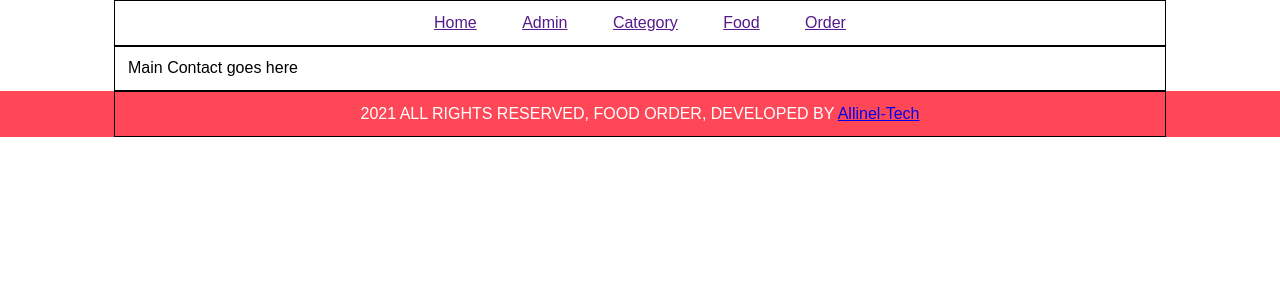
Repository: yazshrilld/food_order
Page: http://localhost/admin/index.php
These files come from the project's save history. The page is drawn as it stood at one moment and after a run of saves; the edit follows.
The browser window is 1280 px wide. The pictures show the whole page.
The page is run by PHP 8.4 with error messages shown; the project is at /var/www/html/.

Above is the page before, as saved 2021-01-24 16:21:21.

### admin/index.php
    <html>
    <head>
        <title>Food Order Website - Home Page</title>
        <link rel="stylesheet" href="../css/admin.css">
    </head>
    <body>
        <!-- Menu Section Starts -->
            <div class="menu text-center">
                <div class="wrapper">
                    <ul>
                        <li><a href="">Home</a></li>
                        <li><a href="">Admin</a></li>
                        <li><a href="">Category</a></li>
                        <li><a href="">Food</a></li>
                        <li><a href="">Order</a></li>
                    </ul>
                </div>
            </div>
        <!-- Menu Section Ends -->

        <!-- Main Content Section Starts -->
            <div class="main-content">
                <div class="wrapper">
                    Main Contact goes here
                </div>
            </div>
        <!-- Main Content Section Ends -->

        <!-- Footer Section Starts -->
            <div class="footer">
                <div class="wrapper">
                    <p class="text-center">2021 ALL RIGHTS RESERVED, FOOD ORDER, DEVELOPED BY <a href="#">Allinel-Tech</a></p>
                </div>
            </div>
        <!-- Footer Section Ends -->

    </body>
</html>

### css/admin.css
/*
    Author: Musa Yazid
    Theme: Food Order Website Admin
    Version: 1.0
*/

* {
    margin: 0;
    padding: 0;
    font-family: Arial, Helvetica, sans-serif;
}

.wrapper {
    border: 1px solid black;
    padding: 1%;
    width: 80%;
    margin: 0 auto;
}

.text-center {
    text-align: center;
}
/* CSS for Menu */
.menu ul {
    list-style-type: none;
}
.menu ul li {
    display: inline;
    padding: 1%;
}
.menu ul li a {
    display: inline;
    padding: 1%;
}

/* CSS for footer */
.footer {
    background-color: #ff4757;
    color: white;
}

After the next 8 saves:
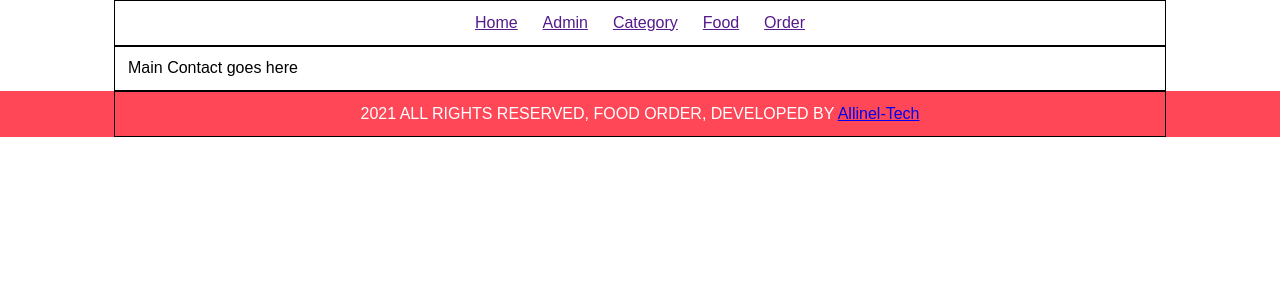
The 8 saves are shown as one change because they came seconds apart.
The last was saved 23 s later.
--- a/css/admin.css
+++ b/css/admin.css
@@ -29,8 +29,8 @@
     padding: 1%;
 }
 .menu ul li a {
-    display: inline;
-    padding: 1%;
+    text-decoration: ;
+    font-weight: ;
 }
 
 /* CSS for footer */
